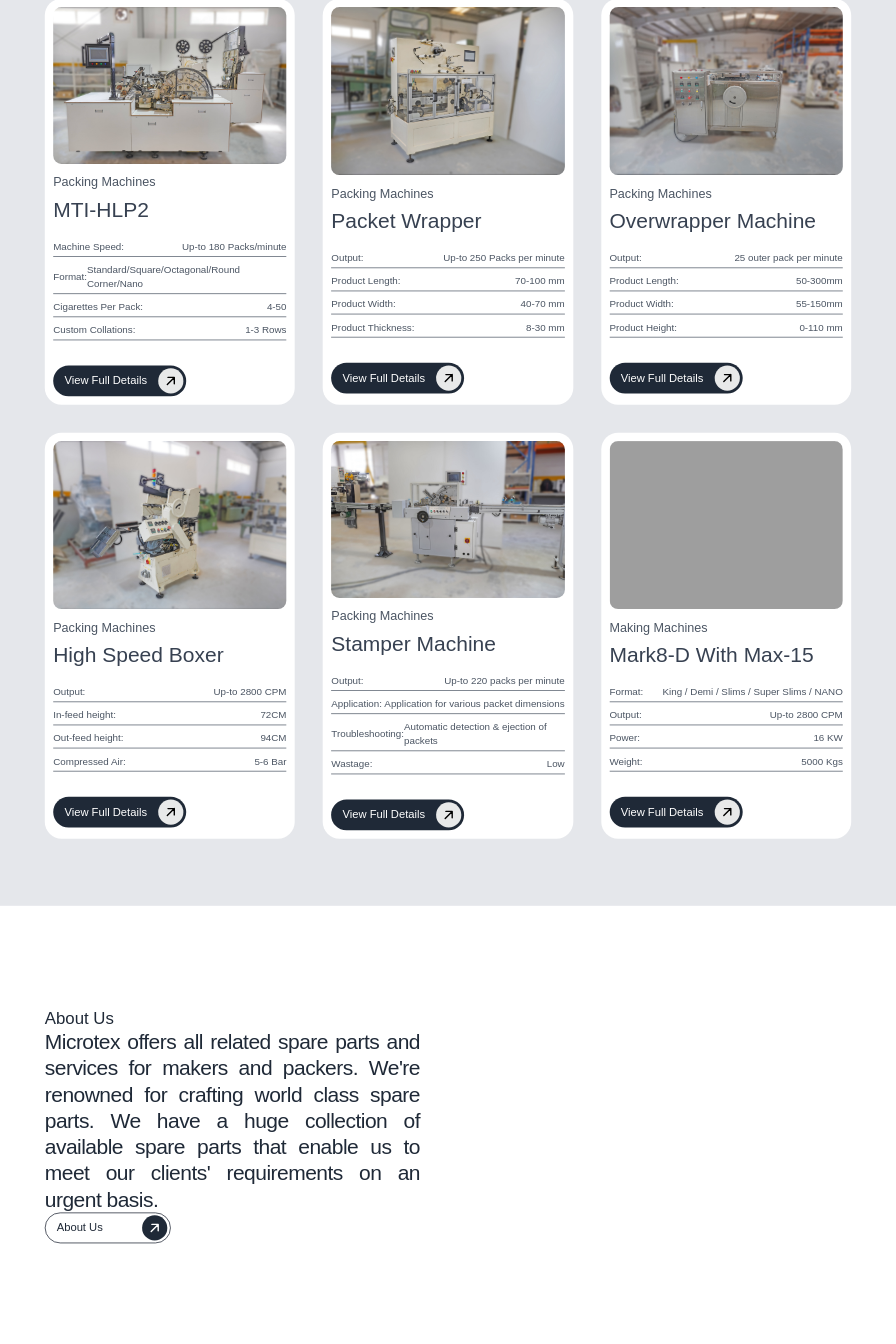
Repository: vespersolutionspk18/microtexwebsite
Page: /
These files come from the project's save history. The page is drawn as it stood at one moment and after a run of saves; the edit follows.
The browser window is 1280 px wide. The pictures show the part of the page from y = 2953 to 4873 px (the page is 4873 px tall before and 4829 px after), at 70% of full size.
Pictures or frames that could not be fetched are drawn as grey boxes. Some web fonts or font styles are not loaded; a fallback is used. The project was rebuilt for these pictures with package versions that can differ from the ones it lists, and the page was loaded fresh each time. The framework's server and built-in components were replaced by stand-ins that run in the browser. Also part of the build but not shown: next.config.mjs.

Above is the page before, as saved 2024-11-18 23:53:48.

After the next 2 saves:
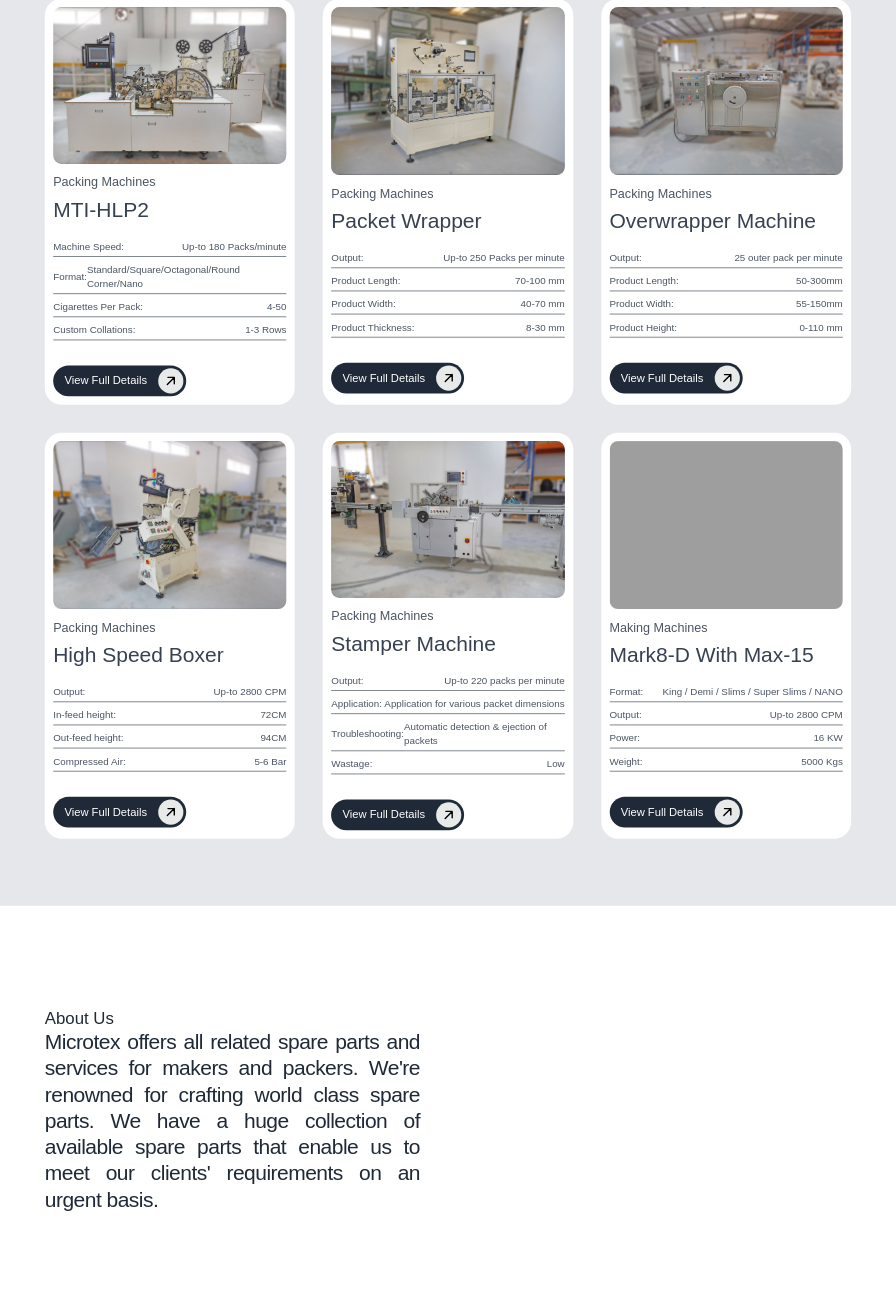
The 2 saves are shown as one change because they came seconds apart.
The last was saved 13 s later.
--- a/app/AboutUsSection.tsx
+++ b/app/AboutUsSection.tsx
@@ -7,15 +7,6 @@ const AboutUsSection = () => {
         <div className="md:w-[50%] mr-20 pt-20 flex flex-col justify-between">
             <h3 className="text-gray-800 font-light text-2xl">About Us</h3>
             <h3 className="text-gray-800 font-light text-justify text-3xl tracking-tight leading-tight">Microtex offers all related spare parts and services for makers and packers. We&apos;re renowned for crafting world class spare parts. We have a huge collection of available spare parts that enable us to meet our clients&apos; requirements on an urgent basis.</h3>
-            <div id="button"
-  className="group border-gray-900 border-[1px] bg-white h-[44px] flex-row  text-gray-800 text-[16px] py-1 px-1 font-light rounded-full hidden md:flex items-center justify-between w-[180px] transition-width duration-500 ease-in-out  hover:w-[205px] "
-
->
-  <div className="mx-3">About Us</div>
-  <div className="bg-gray-800 rounded-full h-[36px] w-[36px] flex items-center justify-center transition-transform duration-500 ease-in-out group-hover:rotate-45">
-    <ButtonArrowwhite className="h-[24px] w-[24px]" />
-  </div>
-                </div>
         </div>
         <div className="md:w-[50%] pt-20 flex flex-col gap-10">
 

After the save that followed:
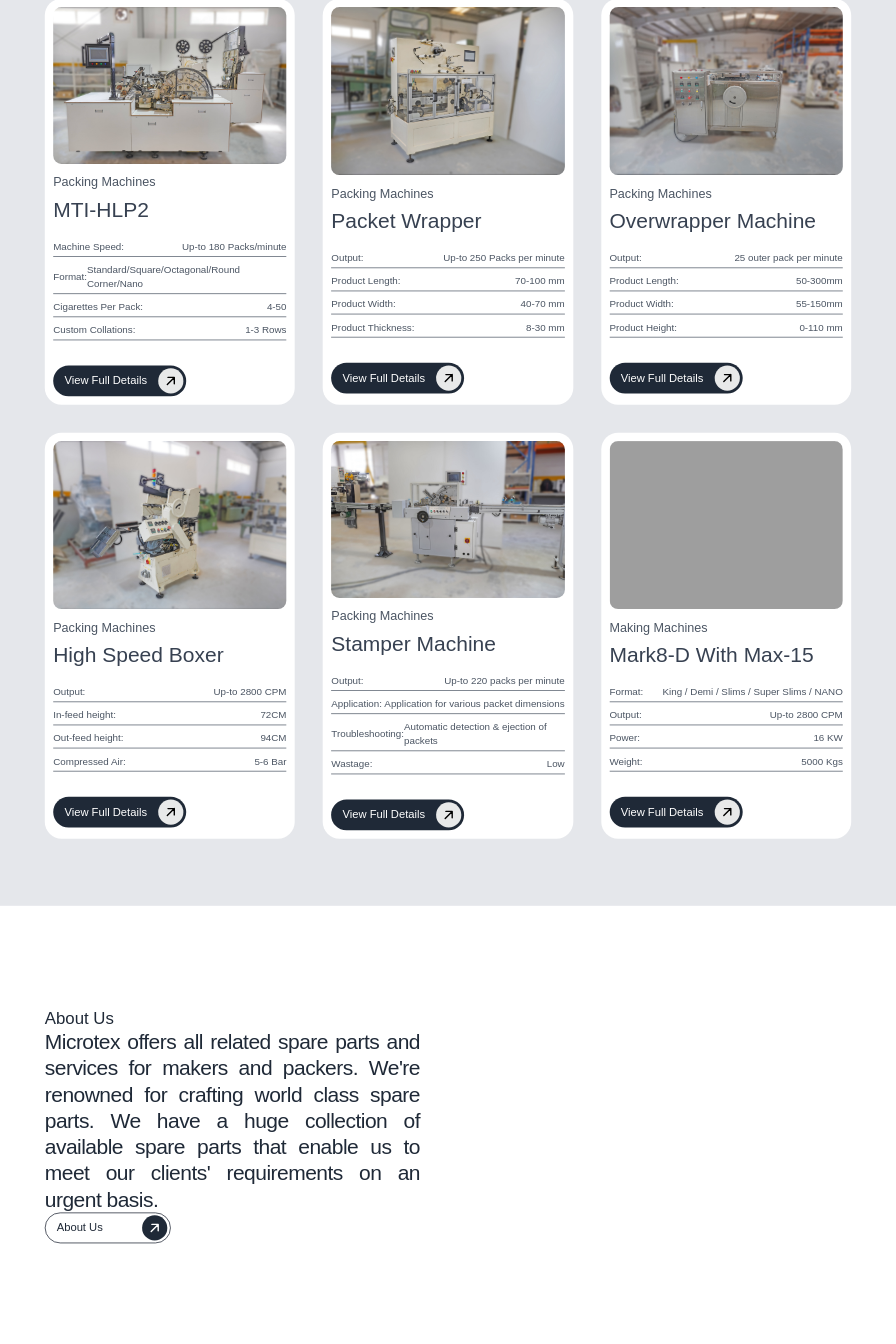
Saved 5 s later.
--- a/app/AboutUsSection.tsx
+++ b/app/AboutUsSection.tsx
@@ -7,6 +7,15 @@ const AboutUsSection = () => {
         <div className="md:w-[50%] mr-20 pt-20 flex flex-col justify-between">
             <h3 className="text-gray-800 font-light text-2xl">About Us</h3>
             <h3 className="text-gray-800 font-light text-justify text-3xl tracking-tight leading-tight">Microtex offers all related spare parts and services for makers and packers. We&apos;re renowned for crafting world class spare parts. We have a huge collection of available spare parts that enable us to meet our clients&apos; requirements on an urgent basis.</h3>
+            <div id="button"
+  className="group border-gray-900 border-[1px] bg-white h-[44px] flex-row  text-gray-800 text-[16px] py-1 px-1 font-light rounded-full hidden md:flex items-center justify-between w-[180px] transition-width duration-500 ease-in-out  hover:w-[205px] "
+
+>
+  <div className="mx-3">About Us</div>
+  <div className="bg-gray-800 rounded-full h-[36px] w-[36px] flex items-center justify-center transition-transform duration-500 ease-in-out group-hover:rotate-45">
+    <ButtonArrowwhite className="h-[24px] w-[24px]" />
+  </div>
+                </div>
         </div>
         <div className="md:w-[50%] pt-20 flex flex-col gap-10">
 
